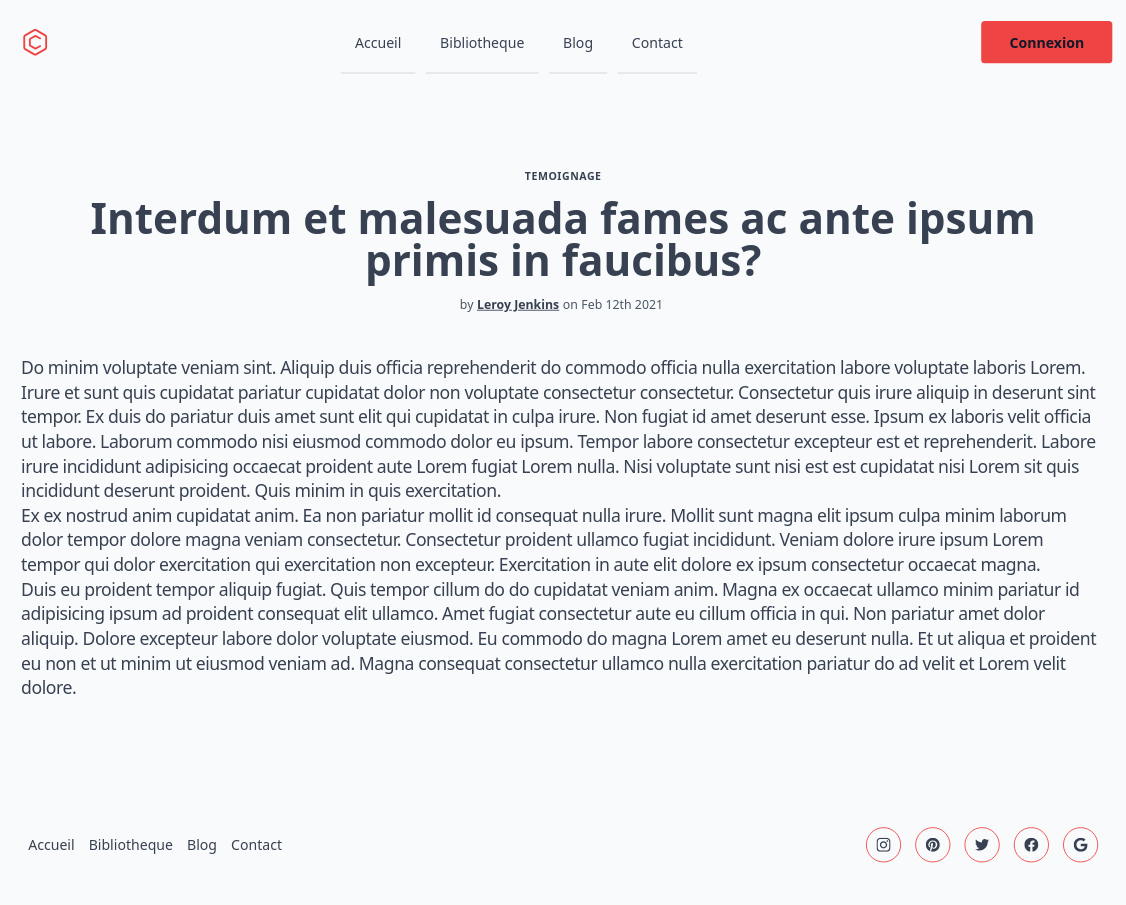
Repository: erulabs243/museum
Page: /stories/un-simple-slug
An editor plug-in stored every save of this project. The page is shown before and after the next save, followed by the edit.
The browser window is 1280 px wide. The pictures show the whole page, at 88% of full size.
The project was rebuilt for these pictures with package versions that can differ from the ones it lists, and the page was loaded fresh each time. Also part of the build but not shown: vite.config.js, src/pages/admin/Home.jsx, src/pages/commons/NotFound.jsx, src/components/atoms/TagBadge.jsx, src/components/atoms/MyAudioPlayer.jsx, src/components/atoms/MyVideoPlayer.jsx, src/components/atoms/MediaCard.jsx, src/components/sections/Testimonial.jsx and 15 more.

Above is the page before, as saved 2022-08-10 12:48:52.

After the next save:
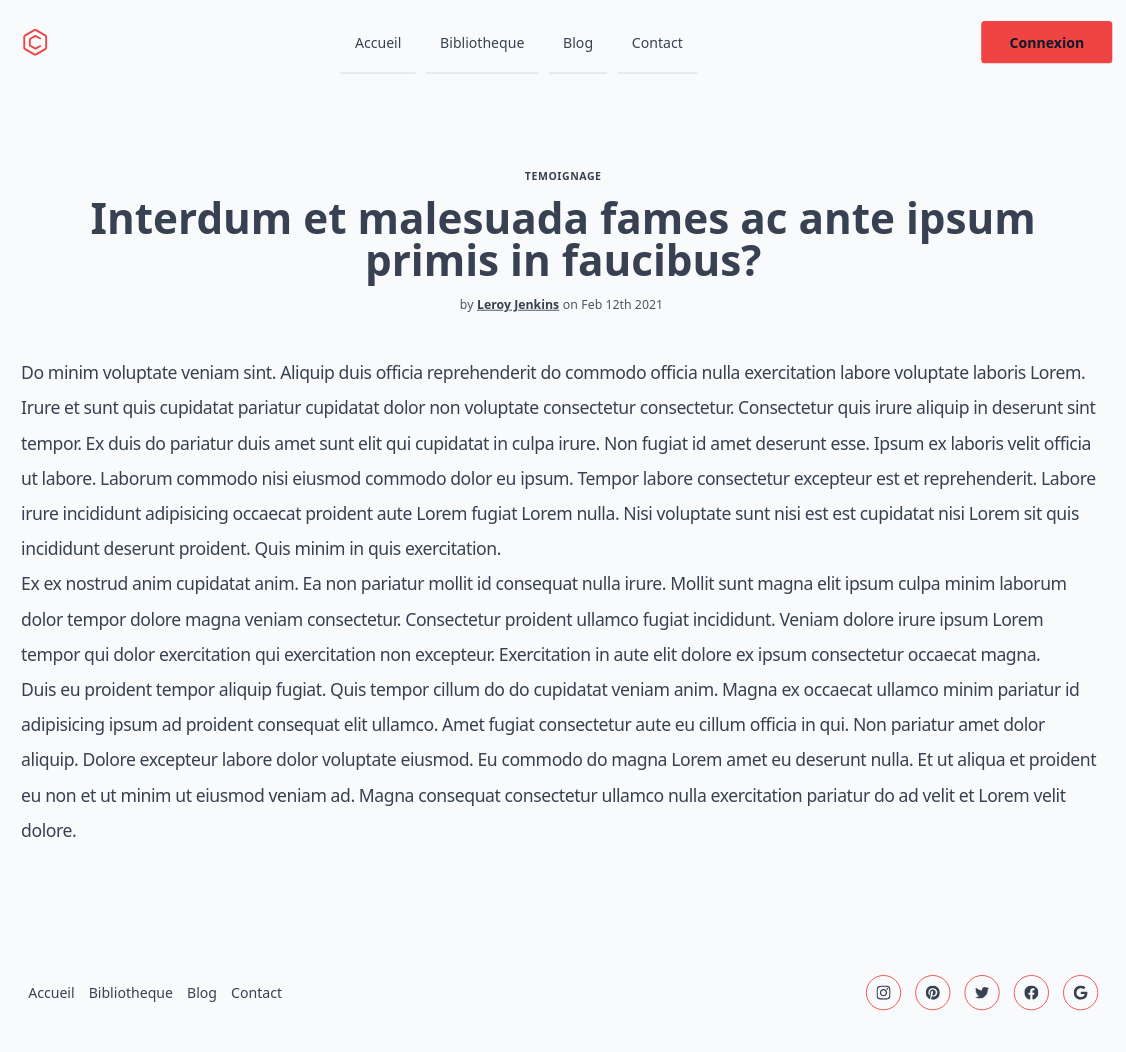
Saved 4 s later.
--- a/src/pages/user/Story.jsx
+++ b/src/pages/user/Story.jsx
@@ -24,7 +24,7 @@ const Story = () => {
                         </time>
                     </p>
                 </div>
-                <div className="text-gray-700 tracking-tight text-xl leading-9">
+                <div className="text-gray-700 tracking-tight text-xl leading-10">
                     <p>
                         Do minim voluptate veniam sint. Aliquip duis officia reprehenderit do
                         commodo officia nulla exercitation labore voluptate laboris Lorem. Irure et
